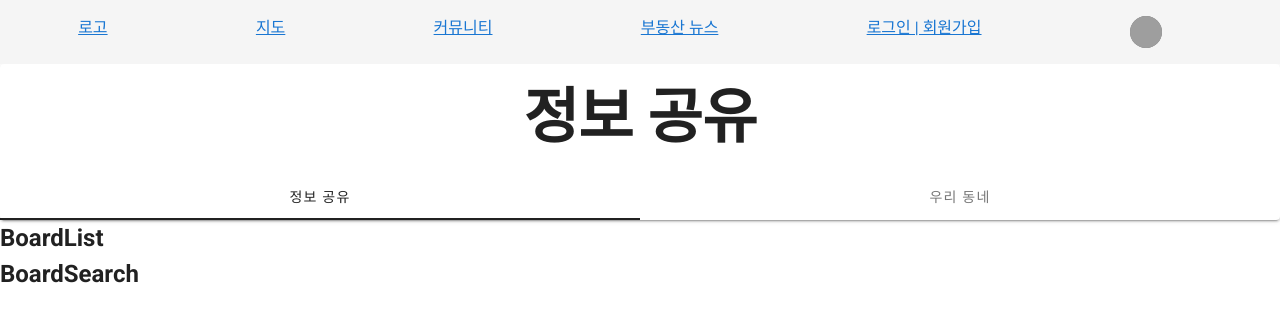
Repository: misso88/vue-whereIsMyHome
Page: /community
An editor plug-in stored every save of this project. The page is shown before and after a run of saves, followed by the edit.
The browser window is 1280 px wide. The pictures show the whole page.
The project was rebuilt for these pictures with package versions that can differ from the ones it lists, and the page was loaded fresh each time. Also part of the build but not shown: vue.config.js, src/views/AppMain.vue, src/components/house/sidebar/HouseListItem.vue, src/components/house/sidebar/HouseList.vue, src/components/house/sidebar/HouseListFilter.vue, src/components/house/sidebar/HouseSidebar.vue, src/components/house/map/HouseMapFilter.vue, src/components/house/map/HouseMap.vue and 2 more.

Above is the page before, as saved 2022-11-16 10:39:31.

### public/index.html
<!DOCTYPE html>
<html lang="en">
  <head>
    <meta charset="utf-8" />
    <meta http-equiv="X-UA-Compatible" content="IE=edge" />
    <meta name="viewport" content="width=device-width,initial-scale=1.0" />
    <link rel="icon" href="<%= BASE_URL %>favicon.ico" />
    <title><%= htmlWebpackPlugin.options.title %></title>
    <link
      rel="stylesheet"
      href="https://fonts.googleapis.com/css?family=Roboto:100,300,400,500,700,900"
    />
    <link
      rel="stylesheet"
      href="https://cdn.jsdelivr.net/npm/@mdi/font@latest/css/materialdesignicons.min.css"
    />
    <link
      rel="stylesheet"
      href="https://fonts.googleapis.com/css?family=Roboto:100,300,400,500,700,900"
    />
    <link
      rel="stylesheet"
      href="https://cdn.jsdelivr.net/npm/@mdi/font@latest/css/materialdesignicons.min.css"
    />
    <!-- <style>
      html{
        overflow-y: hidden !important;
      }
    </style> -->
  </head>
  <body>
    <noscript>
      <strong
        >We're sorry but <%= htmlWebpackPlugin.options.title %> doesn't work properly without
        JavaScript enabled. Please enable it to continue.</strong
      >
    </noscript>
    <div id="app"></div>
    <!-- built files will be auto injected -->
  </body>
</html>

### src/App.vue
<template>
  <v-app>
    <v-app-bar app elevation="0" absolute clipped-left>
      <the-header></the-header>
    </v-app-bar>
    <v-main>
      <router-view></router-view>
    </v-main>
  </v-app>
</template>

<script>
import TheHeader from "@/components/layout/TheHeader";

export default {
  name: "App",
  components: {
    TheHeader,
  },
};
</script>

### src/router/index.js
import Vue from 'vue'
import VueRouter from 'vue-router'

import AppMain from '@/views/AppMain'
import AppHouse from '@/views/AppHouse'
// import AppCommunity from '@/views/AppCommunity'
import AppNews from '@/views/AppNews'
// import AppMember from '@/views/AppMember'


Vue.use(VueRouter)

const routes = [
  {
    path: '/',
    name: 'main',
    component: AppMain
  },
  {
    path: '/map',
    name: 'map',
    component: AppHouse
  },
  {
    path: '/community',
    name: 'community',
    component: () => import("@/views/AppCommunity"),
    redirect: "/community/list",
    children: [
      {
        path: "list",
        name: "boardlist",
        component: () => import("@/components/board/BoardList")
      },
    ]
  },
  {
    path: '/news',
    name: 'news',
    component: AppNews
  },
  {
    path: '/member',
    name: 'member',
    component: () => import("@/views/AppMember"),
    children: [
      {
        path: "login",
        name: "login",
        component: () => import("@/components/member/MemberLogin")
      },
      {
        path: "join",
        name: "join",
        component: () => import("@/components/member/MemberJoin")
      },
    ]
  },
  {
    path: "/profile",
    name: "profile",
    component: () => import("@/views/TempProfile"),
    children: [
      {
        path: "mypage",
        name: "mypage",
        component: () => import("@/components/profile/ProfileMypage")
      },
      {
        path: "wishlist",
        name: "wishlist",
        component: () => import("@/components/profile/ProfileWishlist")
      },
      {
        path: "notice",
        name: "notice",
        component: () => import("@/components/profile/ProfileNotice")
      },
      {
        path: "helpcenter",
        name: "helpcenter",
        component: () => import("@/components/profile/ProfileHelpcenter")
      },
    ]
  },
]

const router = new VueRouter({
  mode: 'history',
  base: process.env.BASE_URL,
  routes
})

export default router

### src/store/index.js
import Vue from 'vue'
import Vuex from 'vuex'
import createPersistedState from "vuex-persistedstate";

Vue.use(Vuex)

export default new Vuex.Store({
  state: {
    type: null,
  },
  getters: {
  },
  mutations: {
    SET_TYPE (state, type) {
      state.type = type;
    },
  },
  actions: {
  },
  modules: {},
  plugins: [
    createPersistedState({
      // 브라우저 종료시 제거하기 위해 localStorage가 아닌 sessionStorage로 변경. (default: localStorage)
      storage: sessionStorage,
    }),
  ],

})

### src/components/layout/TheHeader.vue
<template>
  <v-row  class="d-flex justify-space-around">
    <router-link
      v-for="item in header" :key="item.name"
      :to="{ name: item.name}" > {{ item.title }}</router-link>
    <!-- 프로필 -->
     <v-avatar
          class="mr-10"
          color="grey darken-1"
          size="32"
        >
      <v-menu offset-y>
      <template v-slot:activator="{ on, attrs }">
        <v-btn
          color="grey"
          v-bind="attrs"
          v-on="on"
        >
          <!-- 프로필 이미지 -->
        </v-btn>
      </template>
      <v-list>
        <v-list-item
          v-for="(item, index) in profile"
          :key="index"
        >
          <router-link :to="{ name: item.name}" > {{ item.title }}</router-link>
        </v-list-item>
      </v-list>
    </v-menu>
    </v-avatar>
  </v-row>
</template>

<script>
export default {
    name: "TheHeader",
    data() {
        return {
          header: [],
          profile: []
        };
    },
    created() {
      this.header = [
        {
          name: "main",
          title: "로고"
        },
        {
          name: "map",
          title: "지도"
        },
        {
          name: "community",
          title: "커뮤니티"
        },
        {
          name: "news",
          title: "부동산 뉴스"
        },
        {
          name: "login",
          title: "로그인 | 회원가입"
        },
      ],
      this.profile = [
        {
          name: "mypage",
          title: "내정보"
        },
        {
          name: "wishlist",
          title: "찜 목록"
        },
        {
          name: "notice",
          title: "공지사항"
        },
        {
          name: "helpcenter",
          title: "고객센터"
        },
        {
          name: "mypage",
          title: "로그아웃"
        },
      ]
    }
}
</script>

<style>

</style>

### src/views/AppCommunity.vue
<template>
  <div>
    <board-header></board-header>
    <router-view></router-view>
  </div>

</template>

<script>
import BoardHeader from "@/components/board/BoardHeader";

export default {
  name: "AppCommunity",
  components: {
    BoardHeader,
  },
};
</script>

<style>

</style>

### src/components/board/BoardList.vue
<template>
  <div>
    <h2>BoardList</h2>
    <board-search></board-search>
    <div>{{ type }}</div>
  </div>
</template>

<script>
import BoardSearch from "@/components/board/BoardSearch";
export default {
    name: "BoardList",
    data() {
        return {
            type: 0
        }
    },
    created() {
        console.log("created");
        this.type = this.$store.state.type;
        console.log(this.type);
    },
    components: {
        BoardSearch
    }
}
</script>

<style>

</style>

### src/components/board/BoardHeader.vue
<template>
  <!-- <div>
    <h2>BoardHeader</h2>
    <button @click="a('1')">정보 공유</button>
    <button @click="a('2')">우리 동네</button>
  </div> -->
  <v-card color="basil">
    <v-card-title class="text-center justify-center py-6">
      <h1 class="font-weight-bold text-h2 basil--text">
        {{tab}}
      </h1>
    </v-card-title>
    <v-tabs
      background-color="transparent"
      color="basil"
      grow
    >
      <v-tab
        v-for="item in tabs"
        :key="item"
      >
        {{ item.title }}
      </v-tab>
    </v-tabs>
  </v-card>
</template>

<script>
export default {
    name: "BoardHeader",
    data () {
      return {
        tab: null,
        tabs: [
          {
            type: 1,
            title: "정보 공유"
          },
          {
            type: 2,
            title: "우리 동네"
          },
        ],
        text: 'Lorem ipsum dolor sit amet, consectetur adipiscing elit, sed do eiusmod tempor incididunt ut labore et dolore magna aliqua. Ut enim ad minim veniam, quis nostrud exercitation ullamco laboris nisi ut aliquip ex ea commodo consequat.',
      }
    },
    created() {
      this.tab = this.tabs[0].title;
    },
    methods: {
        a(type){
            this.$store.commit("SET_TYPE", type);
            this.$router.go({
                name: "boardlist",
            });
        }
    },
};
</script>

<style>

</style>

### src/components/board/BoardSearch.vue
<template>
  <div>
    <h2>BoardSearch</h2>
  </div>
</template>

<script>
export default {

}
</script>

<style>

</style>

Loaded but not shown: src/main.js (common file); src/plugins/vuetify.js (common file)

After the next 3 saves:
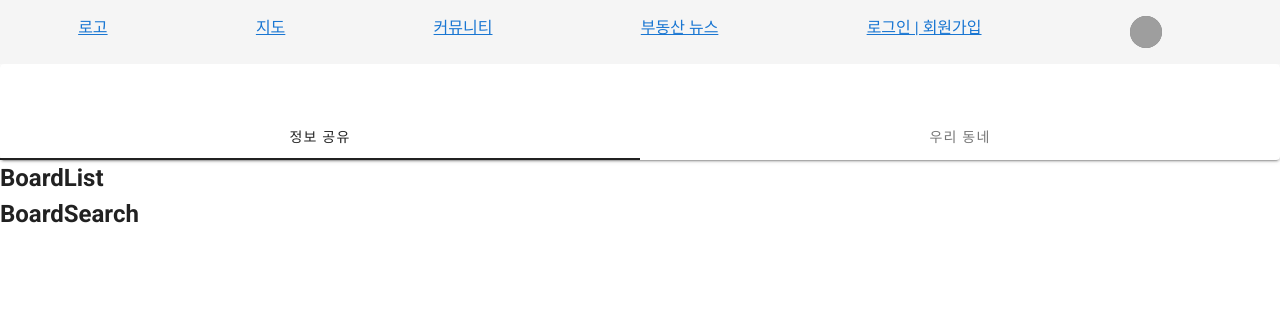
The 3 saves are shown as one change because they came seconds apart.
The last was saved 12 s later.
--- a/src/components/board/BoardHeader.vue
+++ b/src/components/board/BoardHeader.vue
@@ -7,7 +7,7 @@
   <v-card color="basil">
     <v-card-title class="text-center justify-center py-6">
       <h1 class="font-weight-bold text-h2 basil--text">
-        {{tab}}
+
       </h1>
     </v-card-title>
     <v-tabs

After the 4 saves that followed:
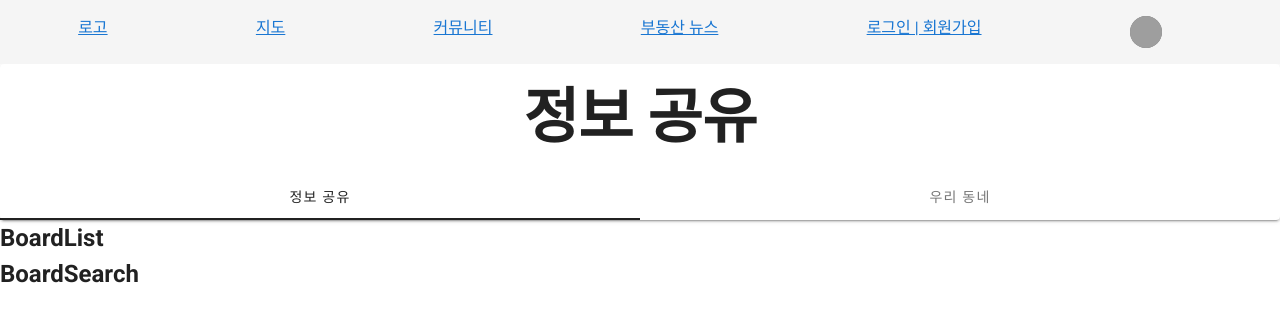
The 4 saves are shown as one change because 1 left the picture as it was and some came seconds apart.
The last was saved 21 s later.
--- a/src/components/board/BoardHeader.vue
+++ b/src/components/board/BoardHeader.vue
@@ -7,7 +7,7 @@
   <v-card color="basil">
     <v-card-title class="text-center justify-center py-6">
       <h1 class="font-weight-bold text-h2 basil--text">
-
+        {{tab}}
       </h1>
     </v-card-title>
     <v-tabs
